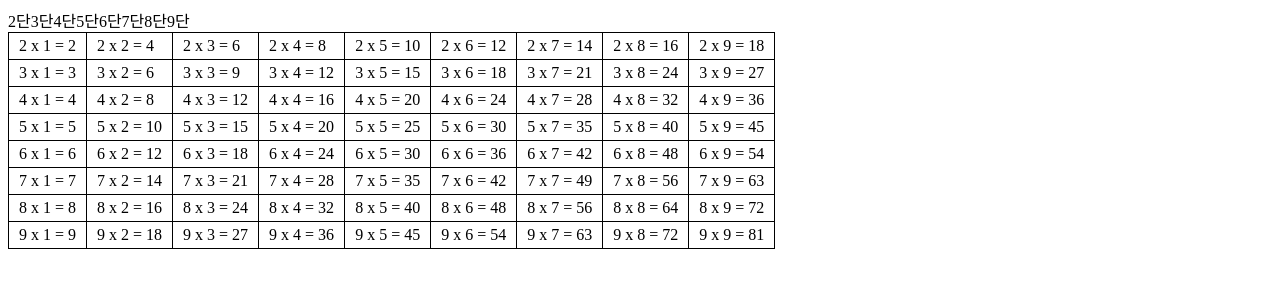
Repository: carnelli95/workspace_JSP
Page: http://localhost/MustHaveJSP/JSPMission/Gugudan2.jsp
The author's editor kept a copy of each file at every save. The page is drawn from the files as they stood at one save, then again after a run of saves.
The browser window is 1280 px wide. The pictures show the whole page.
The page is served by Tomcat 9. Other server files are loaded and not shown.

Above is the page before, as saved 2025-09-26 07:46:50.

### MustHaveJSP/src/main/webapp/JSPMission/Gugudan2.jsp
<%@ page language="java" contentType="text/html; charset=UTF-8"
    pageEncoding="UTF-8"%>
<!DOCTYPE html>
<html>
 <style>
 table {
 border:1px solid;
 border-collapse: collapse;
 }
 td, tr {
 border:1px solid;
 padding: 4px 10px;
 }
 .title {
 text-align: center;
 background-color: lightgray;
 }
 </style>
<head>
<meta charset="UTF-8">
<title>Insert title here</title>
</head>
<body>
<table>
	<%
		for(int i = 2; i <= 9; i++) {
			out.println("<tr>" + i + "단</tr>");
			for(int j = 1; j <= 9; j++) {
				out.print("<td>" + i + " x " + j  + " = " + i * j + "</td>" + "\t");
			}
		}
	%>
</table>
</body>
</html>

After the next 3 saves:
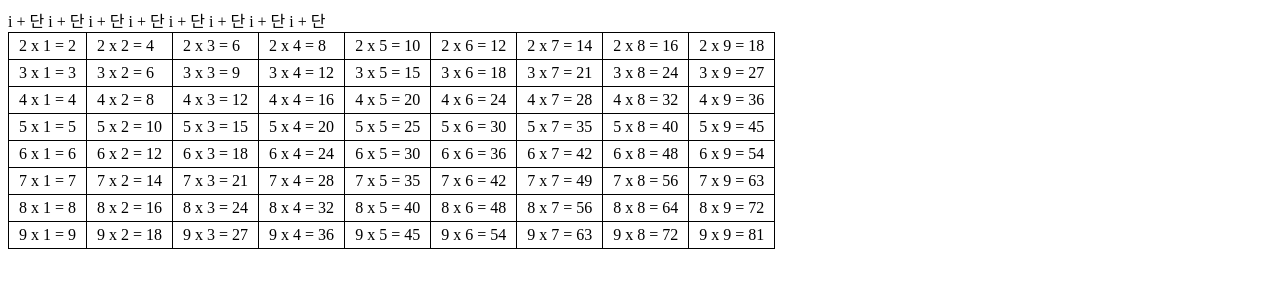
The 3 saves are shown as one change because 2 did not build or start.
The last was saved 107 s later.
--- a/MustHaveJSP/src/main/webapp/JSPMission/Gugudan2.jsp
+++ b/MustHaveJSP/src/main/webapp/JSPMission/Gugudan2.jsp
@@ -24,10 +24,11 @@
 <table>
 	<%
 		for(int i = 2; i <= 9; i++) {
-			out.println("<tr>" + i + "단</tr>");
+			out.println("<tr>i + 단");
 			for(int j = 1; j <= 9; j++) {
 				out.print("<td>" + i + " x " + j  + " = " + i * j + "</td>" + "\t");
 			}
+			out.println("</tr>");
 		}
 	%>
 </table>
